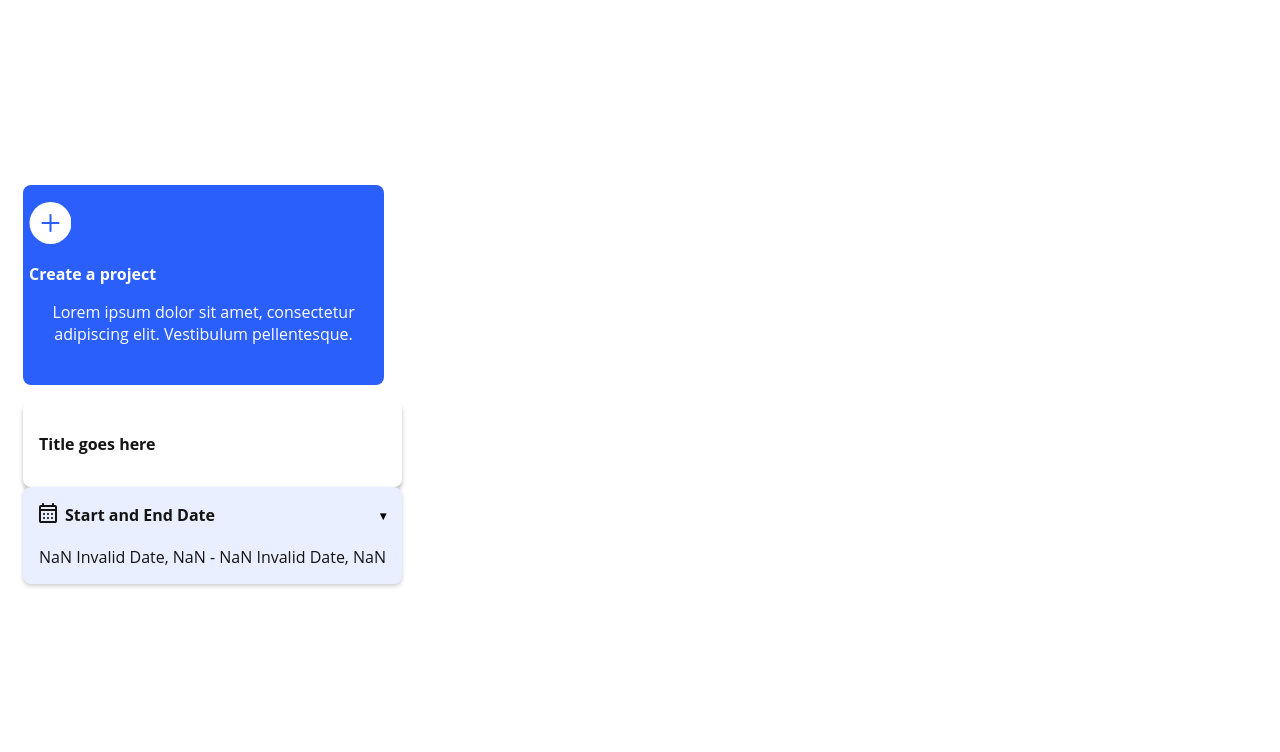
Repository: brunaguarizo/mosaic_app
Page: /
These files come from the project's save history. The page is drawn as it stood at one moment and after a run of saves; the edit follows.
The browser window is 1280 px wide. The pictures show the whole page.
The project was rebuilt for these pictures with package versions that can differ from the ones it lists, and the page was loaded fresh each time. The framework's server and built-in components were replaced by stand-ins that run in the browser. Also part of the build but not shown: next.config.mjs, app/_ui/navbar/navbar.js, app/_ui/Button/Button.js, app/_ui/Tag/Tag.js, app/_ui/Project_card/Project_card.js, app/_ui/Date_PopUp/Date_PopUp.module.css, app/_ui/Date_PopUp/Date_PopUp.js.

Above is the page before, as saved 2025-04-18 18:47:32.

After the next 2 saves:
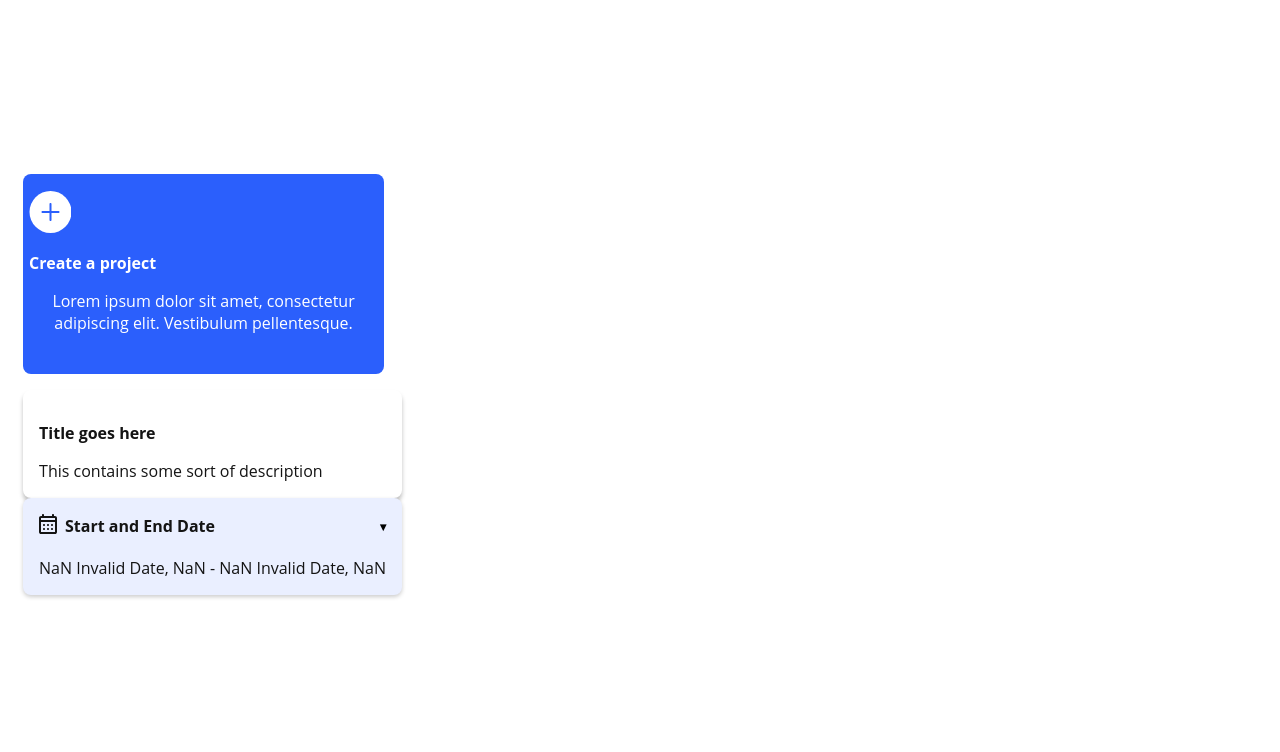
The 2 saves are shown as one change because they came seconds apart.
The last was saved 2 min 25 s later.
--- a/app/page.js
+++ b/app/page.js
@@ -12,7 +12,7 @@ export default function Home() {
             <CreateProject />
             <DescriptionBox
                 title='Title goes here'
-                DescriptionBox='This contains some sort of description'
+                description='This contains some sort of description'
                 useCase='primary'
             />
             <DateCard />
